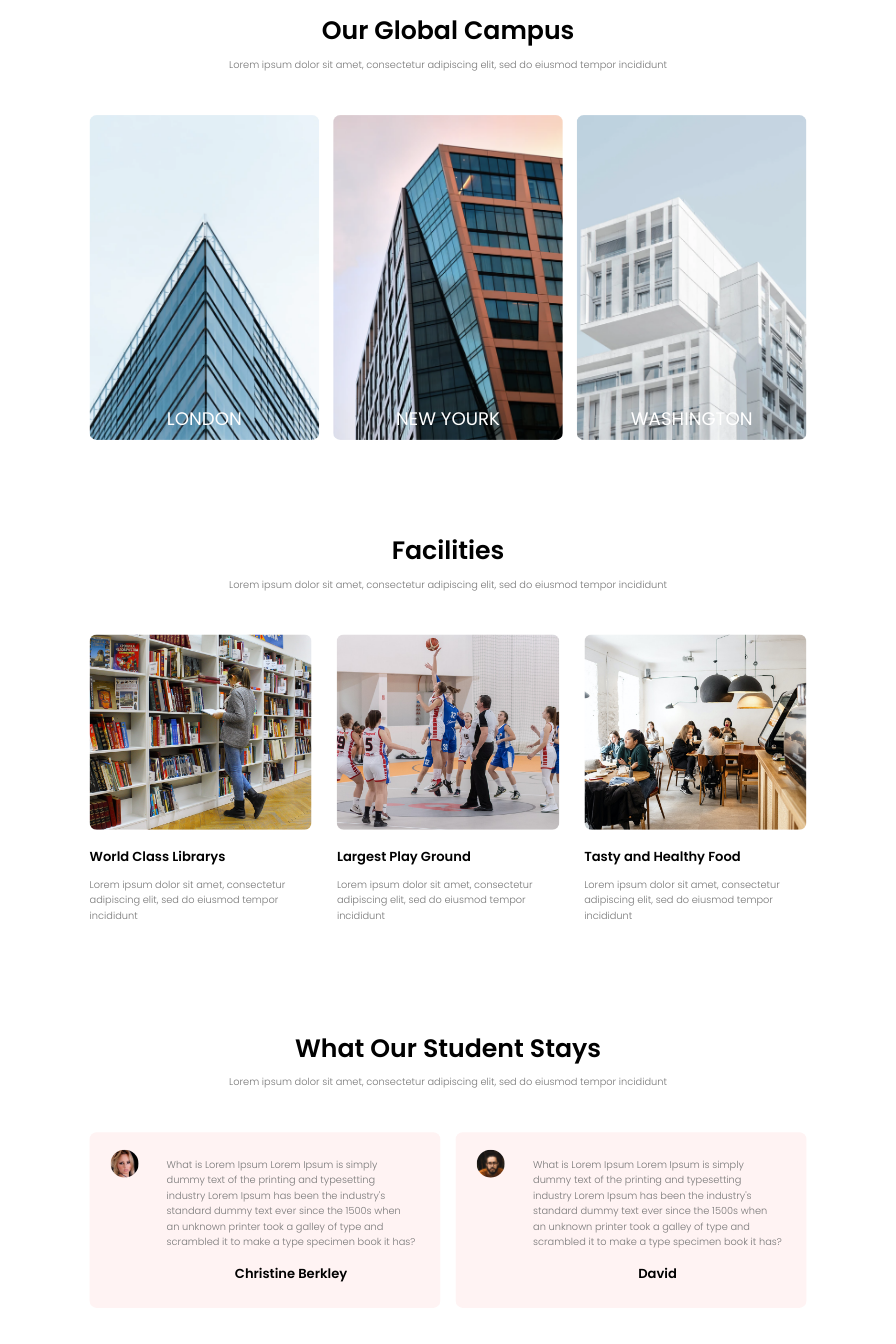
Repository: dewaary/company-profile
Page: index.html
An editor plug-in stored every save of this project. The page is shown before and after the next save, followed by the edit.
The browser window is 1280 px wide. The pictures show the part of the page from y = 1228 to 3148 px (the page is 3148 px tall before and 3133 px after), at 70% of full size.

Above is the page before, as saved 2021-05-07 22:22:46.

### index.html
<!DOCTYPE html>
<html lang="en">

<head>
    <meta charset="UTF-8">
    <meta http-equiv="X-UA-Compatible" content="IE=edge">
    <meta name="viewport" content="width=device-width, initial-scale=1.0">
    <title>University Website Design</title>
    <link rel="stylesheet" href="style.css">
    <link rel="preconnect" href="https://fonts.gstatic.com">
    <link href="https://fonts.googleapis.com/css2?family=Poppins:wght@200;300;400;600;700&display=swap"
        rel="stylesheet">
    <link rel="stylesheet"
        href="https://cdn.jsdelivr.net/npm/@fortawesome/fontawesome-free@5.15.3/css/fontawesome.min.css">
</head>

<body>

    <section class="header">
        <nav>
            <a href="index.html"><img src="images/logo.png"></a>
            <div class="nav-links" id="navLinks">
                <i class="fa fa-times" onclick="hideMenu()"></i>
                <ul>
                    <li><a href="">HOME</a></li>
                    <li><a href="">ABOUT</a></li>
                    <li><a href="">COURSE</a></li>
                    <li><a href="">BLOG</a></li>
                    <li><a href="">CONTACT</a></li>
                </ul>
            </div>
            <i class="fa fa-bars" onclick="showMenu()"></i>
        </nav>

        <div class="text-box">
            <h1>World's Biggest University</h1>
            <p>"Lorem ipsum dolor sit amet, consectetur adipiscing elit, sed do eiusmod tempor incididunt ut labore et
                dolore magna aliqua. Ut enim ad minim veniam, quis nostrud exercitation ullamco laboris nisi ut aliquip
                ex ea commodo consequat.</p>
            <a href="" class="hero-btn">Visit Us to More</a>
        </div>
    </section>

    <!---- Courses ---->

    <section class="course">
        <h1>Courses We Offer</h1>
        <p>Lorem ipsum dolor sit amet, consectetur adipiscing elit, sed do eiusmod tempor incididunt</p>
        <div class="row">
            <div class="course-col">
                <h3>Intermidate</h3>
                <p>Lorem ipsum dolor sit amet, consectetur adipiscing elit, sed do eiusmod tempor incididunt ut</p>
            </div>

            <div class="course-col">
                <h3>Degree</h3>
                <p>Lorem ipsum dolor sit amet, consectetur adipiscing elit, sed do eiusmod tempor incididunt ut</p>
            </div>

            <div class="course-col">
                <h3>Post Graduation</h3>
                <p>Lorem ipsum dolor sit amet, consectetur adipiscing elit, sed do eiusmod tempor incididunt ut</p>
            </div>
        </div>
    </section>

    <!---- Campus ---->

    <section class="campus">
        <h1>Our Global Campus</h1>
        <p>Lorem ipsum dolor sit amet, consectetur adipiscing elit, sed do eiusmod tempor incididunt</p>
        <div class="row">
            <div class="campus-col">
                <img src="images/london.png">
                <div class="layer">
                    <h3>LONDON</h3>
                </div>
            </div>

            <div class="campus-col">
                <img src="images/newyork.png">
                <div class="layer">
                    <h3>NEW YOURK</h3>
                </div>
            </div>

            <div class="campus-col">
                <img src="images/washington.png">
                <div class="layer">
                    <h3>WASHINGTON</h3>
                </div>
            </div>
        </div>
    </section>

    <!---- Facilities ---->

    <section class="facilities">
        <h1>Facilities</h1>
        <p>Lorem ipsum dolor sit amet, consectetur adipiscing elit, sed do eiusmod tempor incididunt</p>
        <div class="row">
            <div class="facilities-col">
                <img src="images/library.png">
                <h3>World Class Librarys</h3>
                <p>Lorem ipsum dolor sit amet, consectetur adipiscing elit, sed do eiusmod tempor incididunt</p>
            </div>
            <div class="facilities-col">
                <img src="images/basketball.png">
                <h3>Largest Play Ground</h3>
                <p>Lorem ipsum dolor sit amet, consectetur adipiscing elit, sed do eiusmod tempor incididunt</p>
            </div>
            <div class="facilities-col">
                <img src="images/cafeteria.png">
                <h3>Tasty and Healthy Food</h3>
                <p>Lorem ipsum dolor sit amet, consectetur adipiscing elit, sed do eiusmod tempor incididunt</p>
            </div>
        </div>
    </section>

    <!---- Testimonials ---->

    <section class="testimonials">
        <h1>What Our Student Stays</h1>
        <p>Lorem ipsum dolor sit amet, consectetur adipiscing elit, sed do eiusmod tempor incididunt</p>

        <div class="row">
            <div class="testimonials-col">
                <img src="images/user1.jpg">
                <div>
                    <p>What is Lorem Ipsum Lorem Ipsum is simply dummy text of the printing and typesetting industry Lorem Ipsum has been the industry's standard dummy text ever since the 1500s when an unknown printer took a galley of type and scrambled it to make a type specimen book it has?</p>
                    <h3>Christine Berkley</h3>
                </div>
            </div>

            <div class="testimonials-col">
                <img src="images/user2.jpg">
                <div>
                    <p>What is Lorem Ipsum Lorem Ipsum is simply dummy text of the printing and typesetting industry Lorem Ipsum has been the industry's standard dummy text ever since the 1500s when an unknown printer took a galley of type and scrambled it to make a type specimen book it has?</p>
                    <h3>David</h3>
                </div>
            </div>
        </div>
    </section>

    <!---- Javascript for Toggle Menu ---->
    <script>
        var navLinks = document.getElementById("navLinks");

        function showMenu() {
            navLinks.style.right = "0";
        }
        function hideMenu() {
            navLinks.style.right = "-200px";
        }
    </script>

</body>

</html>

### style.css
* {
  margin: 0;
  padding: 0;
  font-family: "Poppins", sans-serif;
}

.header {
  min-height: 100vh;
  width: 100%;
  background-image: linear-gradient(rgba(4, 9, 30, 0.7), rgba(4, 9, 30, 0.7)),
    url(images/banner.png);
  background-position: center;
  background-size: cover;
  position: relative;
}

nav {
  display: flex;
  padding: 2% 6%;
  justify-content: space-between;
  align-items: center;
}

nav img {
  width: 150px;
}

.nav-links {
  flex: 1;
  text-align: right;
}

.nav-links ul li {
  list-style: none;
  display: inline-block;
  padding: 8px 12px;
  position: relative;
}

.nav-links ul li a {
  color: #fff;
  text-decoration: none;
  font-size: 13px;
}

.nav-links ul li::after {
  content: "";
  width: 0%;
  height: 2px;
  background: #f44336;
  display: block;
  margin: auto;
  transition: 0.5s;
}

.nav-links ul li:hover::after {
  width: 100%;
}

.text-box {
  width: 90%;
  color: #fff;
  position: absolute;
  top: 50%;
  left: 50%;
  transform: translate(-50%, -50%);
  text-align: center;
}

.text-box h1 {
  font-size: 62px;
}

.text-box p {
  margin: 10px 0 40px;
  font-size: 14px;
  color: #fff;
}

.hero-btn {
  display: inline-block;
  text-decoration: none;
  color: #fff;
  border: 1px solid #fff;
  padding: 12px 34px;
  font-size: 13px;
  background: transparent;
  position: relative;
  cursor: pointer;
}

.hero-btn:hover {
  border: 1px solid #f44336;
  background: #f44336;
  transition: 1s;
}

nav .fa {
  display: none;
}

@media (max-width: 700px) {
  .text-box h1 {
    font-size: 20px;
  }

  .nav-links ul li {
    display: block;
  }
  .nav-links {
    position: absolute;
    background: #f44336;
    height: 100vh;
    width: 200px;
    top: 0;
    right: -200px;
    text-align: left;
    z-index: 2;
    transition: 1s;
  }

  nav .fa {
    display: block;
    color: #fff;
    margin: 10px;
    font-size: 22px;
    cursor: pointer;
  }

  .nav-links ul {
    padding: 30px;
  }
}

/*---- Course ------ */

.course {
  width: 80%;
  margin: auto;
  text-align: center;
  padding-top: 100px;
}

h1 {
  font-size: 36px;
  font-weight: 600;
}

p {
  color: #777;
  font-size: 14px;
  font-weight: 300;
  line-height: 22px;
  padding: 10px;
}

.row {
  margin-top: 5%;
  display: flex;
  justify-content: space-between;
}

.course-col {
  flex-basis: 31%;
  background: #fff3f3;
  border-radius: 10px;
  margin-bottom: 5%;
  padding: 20px 12px;
  box-sizing: border-box;
  transition: 0.5s;
}

h3 {
  text-align: center;
  font-weight: 600;
  margin: 10px 0;
}

.course-col:hover {
  box-shadow: 0 0 20px 0px rgba(0, 0, 0, 0.2);
}

@media (max-width: 700px) {
  .row {
    flex-direction: column;
  }
}

.campus {
  width: 80%;
  margin: auto;
  text-align: center;
  padding-top: 50px;
}

.campus-col {
  flex-basis: 32%;
  border-radius: 10px;
  margin-bottom: 30px;
  position: relative;
  overflow: hidden;
}
.campus-col img {
  width: 100%;
  display: block;
}

.layer {
  background: transparent;
  height: 100%;
  width: 100%;
  position: absolute;
  top: 0;
  left: 0;
  transition: 0.5s;
}

.layer:hover {
  background: rgba(226, 0, 0, 0.7);
}

.layer h3 {
  width: 100%;
  font-weight: 500;
  color: #fff;
  font-size: 26px;
  bottom: 0;
  left: 50%;
  transform: translateX(-50%);
  position: absolute;
  transition: 0.5s;
}

.layer:hover h3 {
  bottom: 49%;
  opacity: 1;
}

.facilities {
  width: 80%;
  margin: auto;
  text-align: center;
  padding-top: 100px;
}

.facilities-col {
  flex-basis: 31%;
  border-radius: 10px;
  margin-bottom: 5%;
  text-align: left;
}

.facilities-col img{
  width: 100%;
  border-radius: 10px;

}

.facilities-col p {
  padding: 0%;
}

.facilities-col h3{
  margin-top: 16px;
  margin-bottom: 15px;
  text-align: left;
}

.testimonials{
  width: 80%;
  margin: auto;
  padding-top: 100px;
  text-align: center;
}

.testimonials-col {
  flex-basis: 44%;
  border-radius: 10px;
  margin-bottom: 5%;
  text-align: left;
  background: #fff3f3;
  padding: 25px;
  cursor: pointer;
  display: flex;
}

.testimonials-col img{
  height: 40px;
  margin-left: 5px;
  margin-right: 30px;
  border-radius: 50%;
}

After the next save:
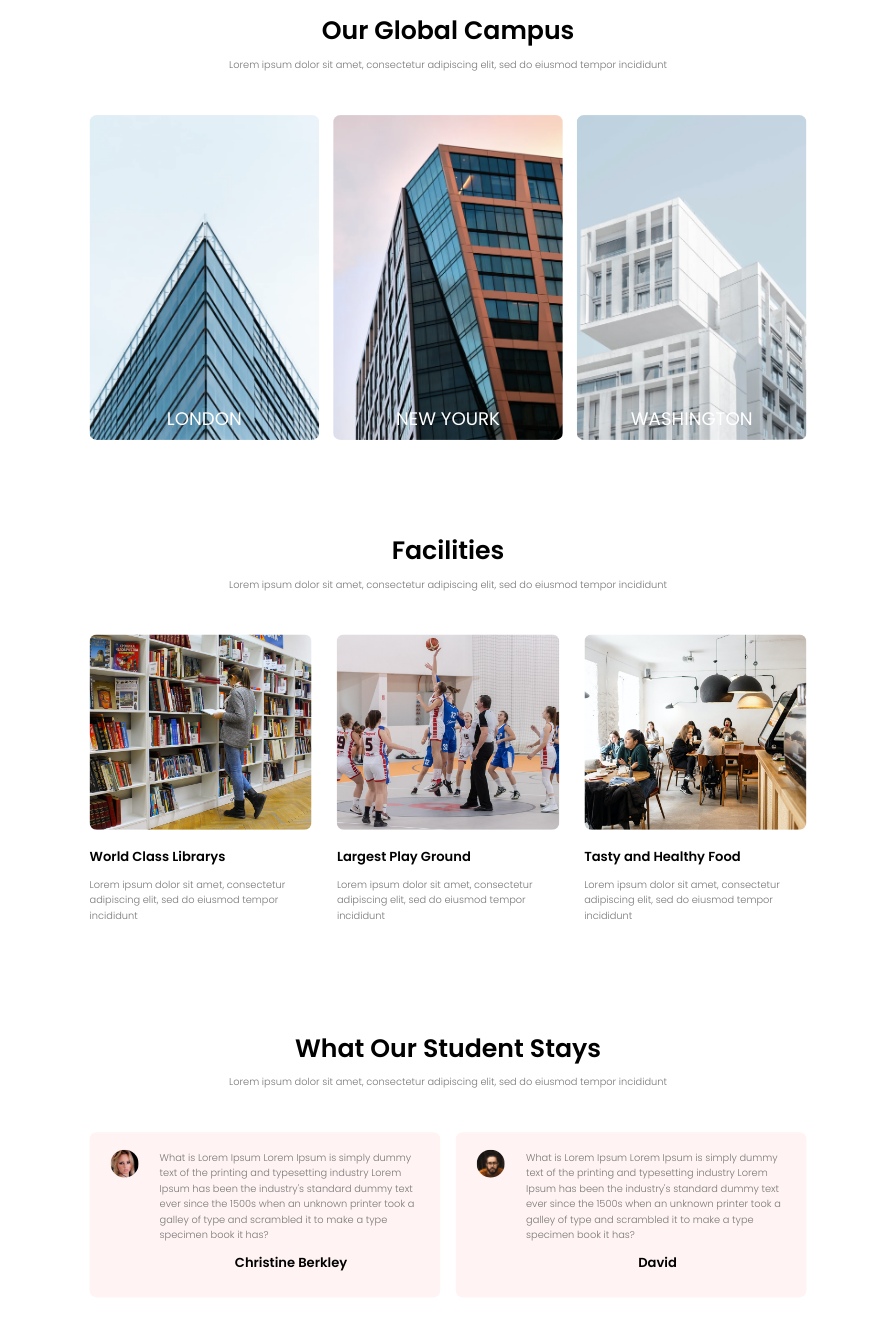
Saved 65 s later.
--- a/style.css
+++ b/style.css
@@ -290,3 +290,11 @@ h3 {
   margin-right: 30px;
   border-radius: 50%;
 }
+
+.testimonials-col p{
+  padding: 0;
+}
+
+.testimonials-col h3{
+  margin-top: 15px;
+}
